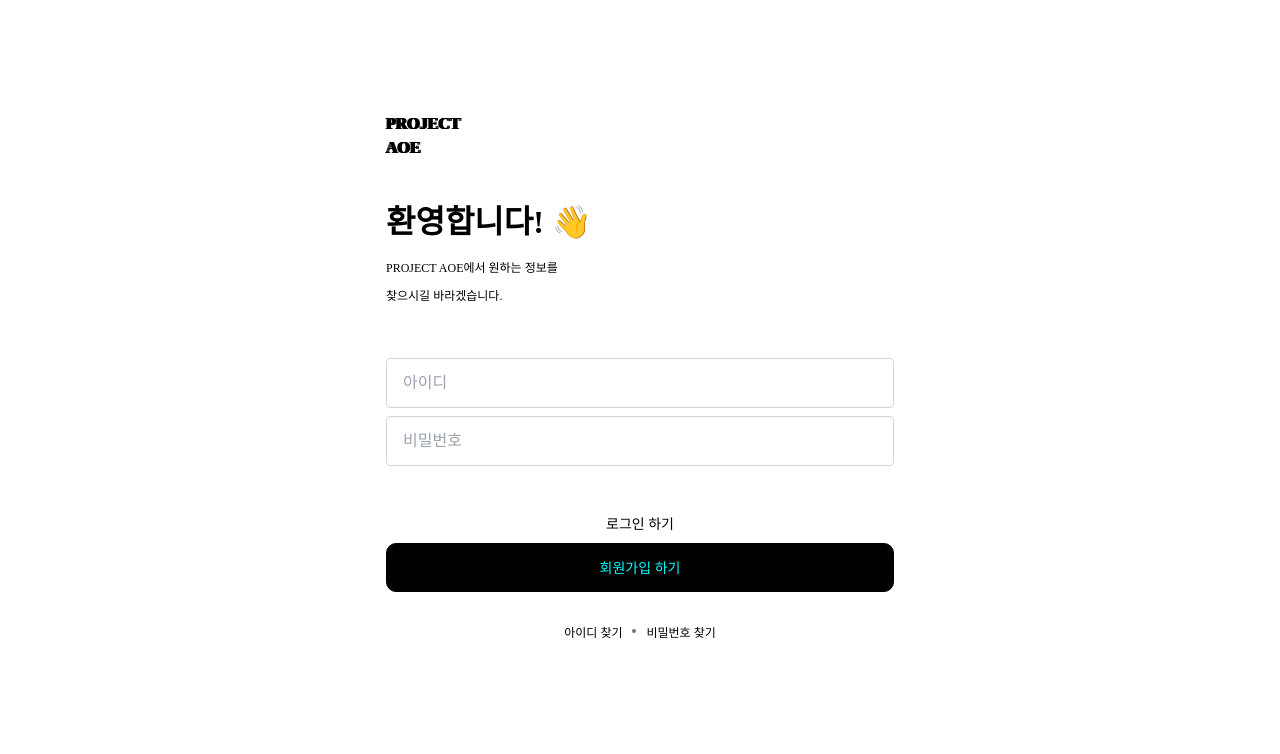
Repository: catapracts/PP
Page: PROJ/build/classes/Login.html
The author's editor kept a copy of each file at every save. The page is drawn from the files as they stood at one save, then again after the next save.
The browser window is 1280 px wide. The pictures show the whole page.
Some web fonts or font styles are not loaded; a fallback is used.

Above is the page before, as saved 2024-01-20 22:22:54.

After the next save:
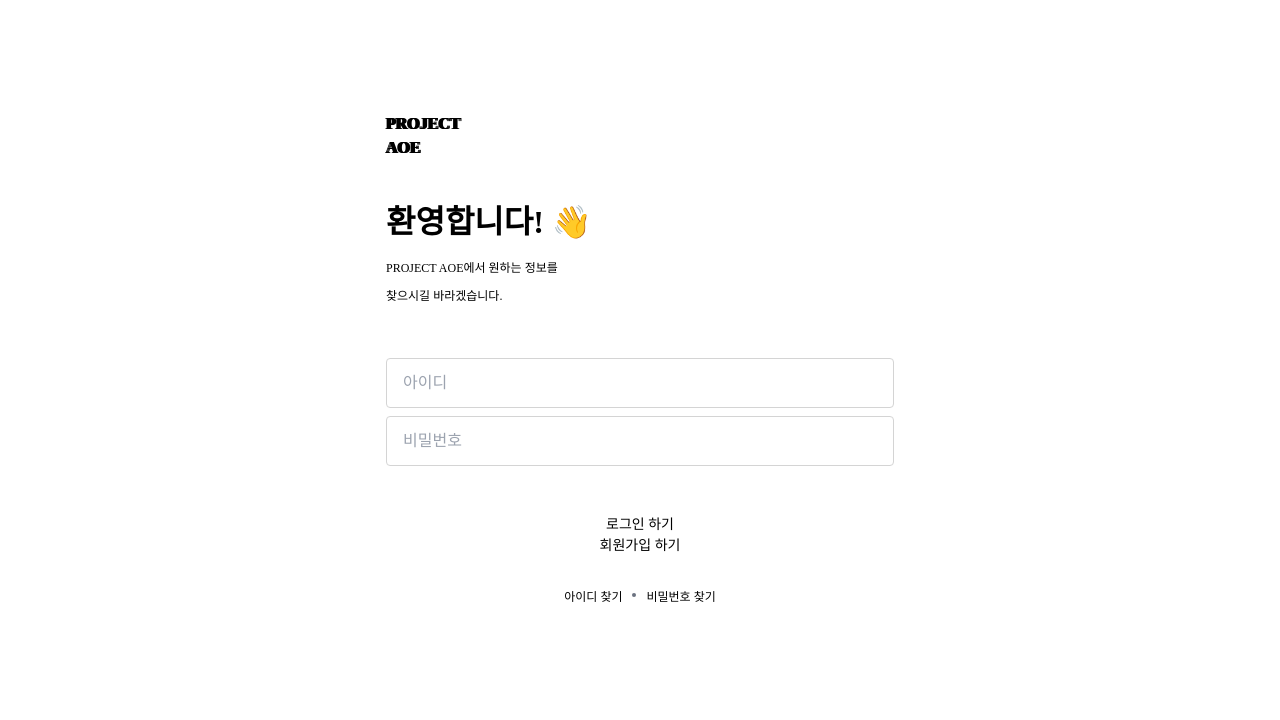
Saved 70 s later.
--- a/PROJ/build/classes/Login.html
+++ b/PROJ/build/classes/Login.html
@@ -40,9 +40,12 @@
           <span>로그인 하기</span>
           </a>
         </button>
+
+        <button class=" flex justify-center items-center">
           <a class=" flex justify-center items-center" href="MemberCreate.html">
           <span>회원가입 하기</span>
-        </a>
+          </a>
+         </button>
       </div>
       <!-- 하단 아이디 비번 찾기 부분 -->
       <div class="find-idpw flex justify-center items-center">
